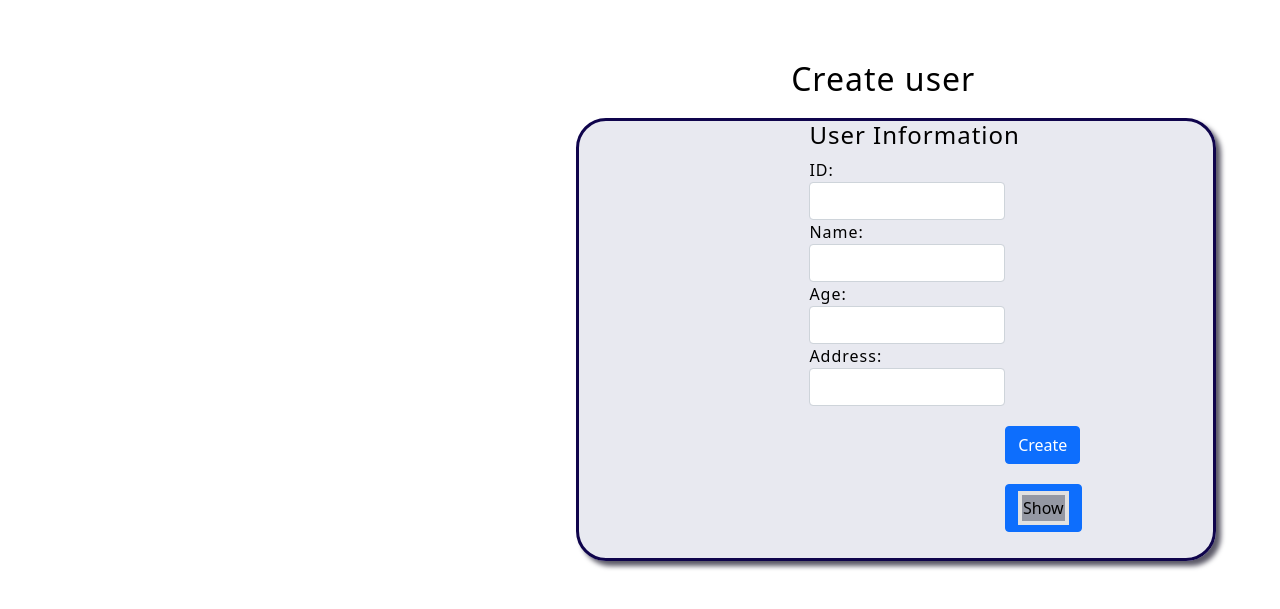
Repository: minhtuan16/JS-Basic
Page: CRUD-Department/create.html
These files come from the project's save history. The page is drawn as it stood at one moment and after the next save; the edit follows.
The browser window is 1280 px wide. The pictures show the whole page.

Above is the page before, as saved 2022-06-09 00:23:35.

After the next save:
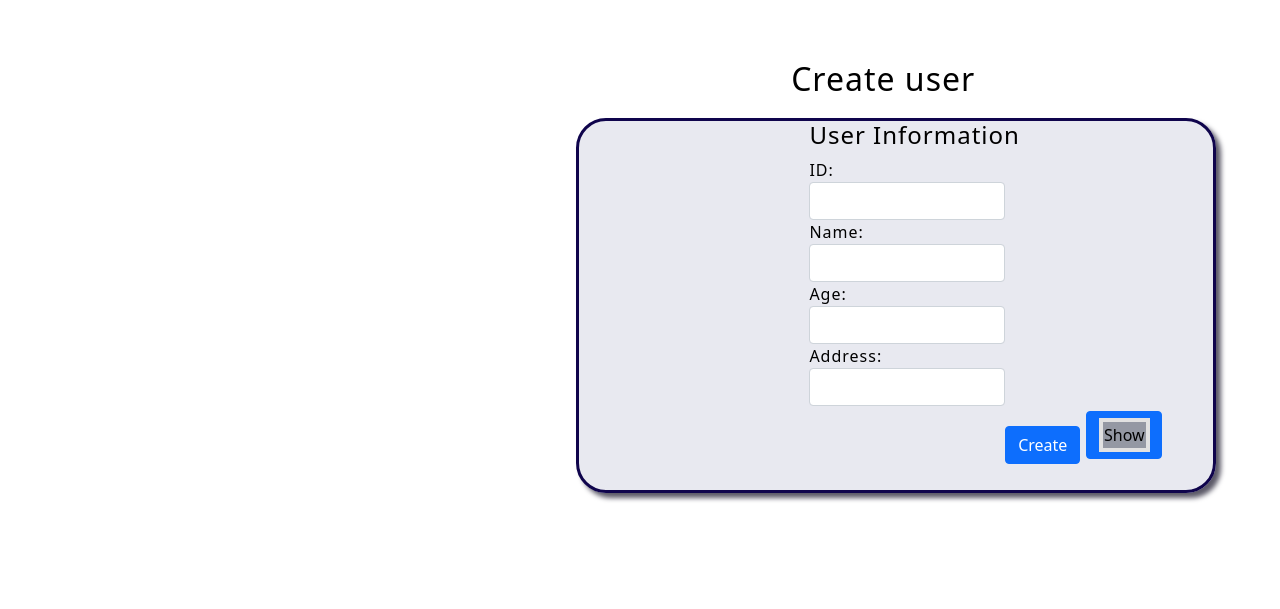
Saved 7 s later.
--- a/CRUD-Department/create.html
+++ b/CRUD-Department/create.html
@@ -38,7 +38,7 @@
 
         <button type="button" class="btn btn-primary" id="btnSave" onclick="create()">Create</button>
 
-        <button type="button" class="btn btn-primary" id="btnSave" onclick="create()"><a href="users.html">Show</a></button>
+        <button type="button" class="btn btn-primary" id="btnShow" onclick="create()"><a href="users.html">Show</a></button>
 
 
         <button type="button" class="btn btn-primary" id="btnUpdate" onclick="update()" style="display: none;">Save</button>

After the 2 saves that followed:
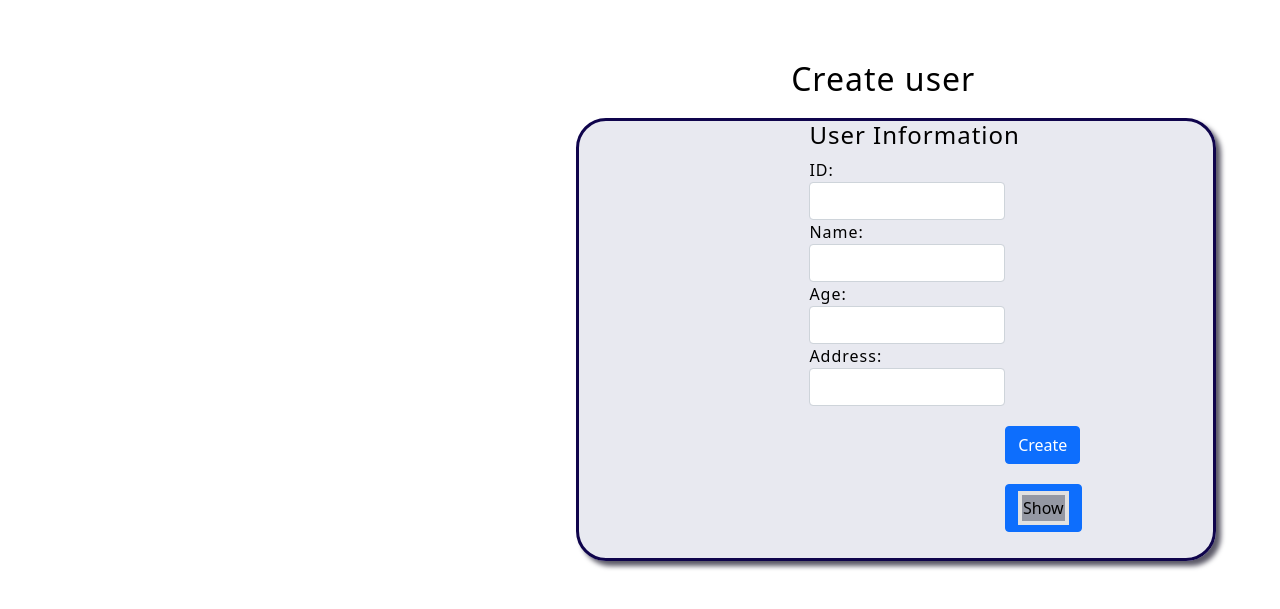
The 2 saves are shown as one change because 1 left the picture as it was.
The last was saved 31 s later.
--- a/CRUD-Department/create.html
+++ b/CRUD-Department/create.html
@@ -38,7 +38,7 @@
 
         <button type="button" class="btn btn-primary" id="btnSave" onclick="create()">Create</button>
 
-        <button type="button" class="btn btn-primary" id="btnShow" onclick="create()"><a href="users.html">Show</a></button>
+        <button type="button" class="btn btn-primary" id="btnShow" onclick="show()"><a href="users.html">Show</a></button>
 
 
         <button type="button" class="btn btn-primary" id="btnUpdate" onclick="update()" style="display: none;">Save</button>
--- a/CRUD-Department/styles/style.css
+++ b/CRUD-Department/styles/style.css
@@ -93,6 +93,11 @@ h2 {
     margin-top: 20px;
 }
 
+#btnShow {
+    margin-left: 50%;
+    margin-top: 20px;
+}
+
 #btnUpdate {
     margin-left: 50%;
     margin-top: 20px;
